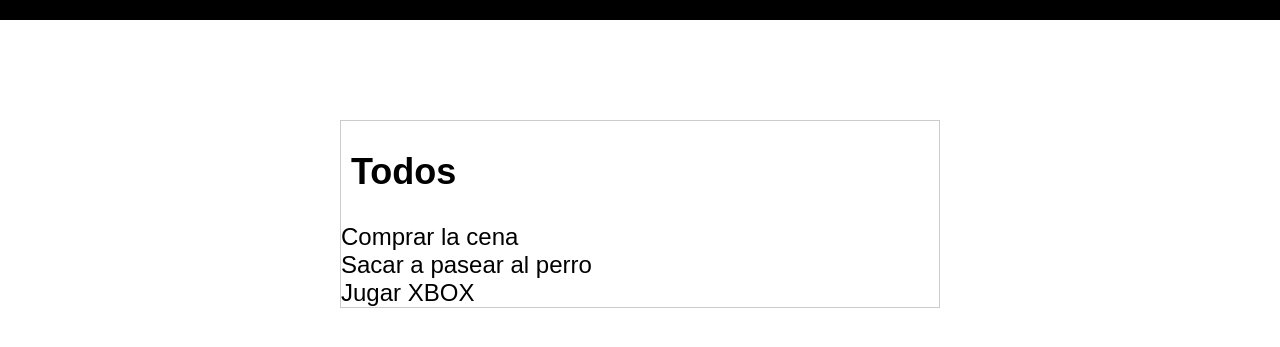
Repository: MauriVaz/Primer-app-con-Vue
Page: /
An editor plug-in stored every save of this project. The page is shown before and after the next save, followed by the edit.
The browser window is 1280 px wide. The pictures show the whole page.
The project was rebuilt for these pictures with package versions that can differ from the ones it lists, and the page was loaded fresh each time. Also part of the build but not shown: vue.config.js.

Above is the page before, as saved 2022-12-13 03:34:49.

### public/index.html
<!DOCTYPE html>
<html lang="">
  <head>
    <meta charset="utf-8">
    <meta http-equiv="X-UA-Compatible" content="IE=edge">
    <meta name="viewport" content="width=device-width,initial-scale=1.0">
    <link rel="icon" href="<%= BASE_URL %>favicon.ico">
    <title><%= htmlWebpackPlugin.options.title %></title>
  </head>
  <body>
    <noscript>
      <strong>Por favor activa Javascript</strong>
    </noscript>
    <div id="app"></div>
    <!-- built files will be auto injected -->
  </body>
</html>

### src/App.vue
<template>
  <div id="header"></div>
  <div id="main-container">
    <h2>Todos</h2>
    <Todos v-bind:todoslist="copyTodos" />
  </div>
</template>

<script>
// import HelloWorld from './components/HelloWorld.vue'
// import Search from './components/Search.vue';
// import TodoAdd from "./components/TodoAdd.vue"
import Todos from './components/Todos';

export default {
  name: 'App',
  components: {
    Todos
  },
  data(){
    return{
      todos:[
        {
          id:0,
          title:"Comprar la cena",
          completed:false
        },{
          id:1,
          title:"Sacar a pasear al perro",
          completed:true
        },{
          id:2,
          title:"Jugar XBOX",
          completed:false
        }
      ],
      copyTodos:[]
    }
  },
  created(){
    this.copyTodos=[...this.todos]
  }
}
</script>

<style>
*{
  box-sizing: border-box;
}

body{
  font-family: Arial, Helvetica, sans-serif;
  font-size: 1.5em;
  padding: 0;
  margin: 0;
 }
 #main-container{
   border: solid 1px #ccc;
   width: 600px;
   margin: 100px auto;
  }
  #header{
  background:black;
  padding: 10px;
}
h2{
   padding: 0 10px;
 }

</style>

### src/components/Todos.vue
<template>
    <div>
        <div v-bind:key="todo.id" v-for="todo in todoslist">
            <div>{{todo.title}}</div>
        </div>
    </div>
</template>

<script>
export default{
    // eslint-disable-next-line vue/multi-word-component-names
    name:'Todos',
    props:['todoslist']
}
</script>

<style>
</style>

Loaded but not shown: src/main.js (common file)

After the next save:
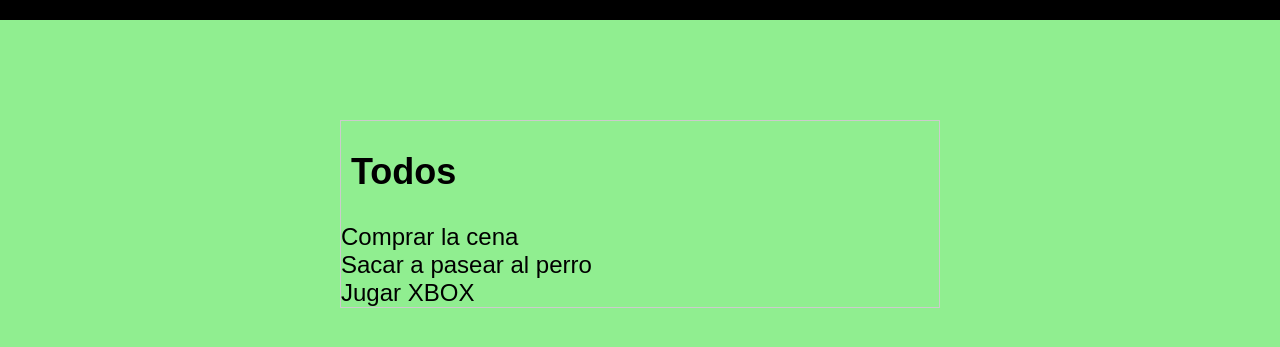
Saved 92 s later.
--- a/src/components/Todos.vue
+++ b/src/components/Todos.vue
@@ -15,4 +15,7 @@
 </script>
 
 <style>
+*{
+    background-color: lightgreen;
+}
 </style>

After the save that followed:
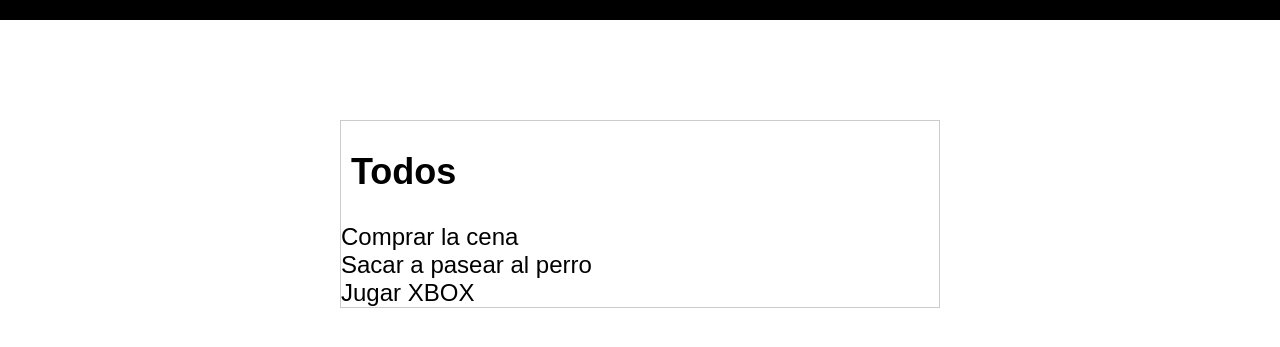
Saved 28 s later.
--- a/src/components/Todos.vue
+++ b/src/components/Todos.vue
@@ -1,5 +1,5 @@
 <template>
-    <div>
+    <div class="container">
         <div v-bind:key="todo.id" v-for="todo in todoslist">
             <div>{{todo.title}}</div>
         </div>
@@ -15,7 +15,7 @@
 </script>
 
 <style>
-*{
+-container{
     background-color: lightgreen;
 }
 </style>
